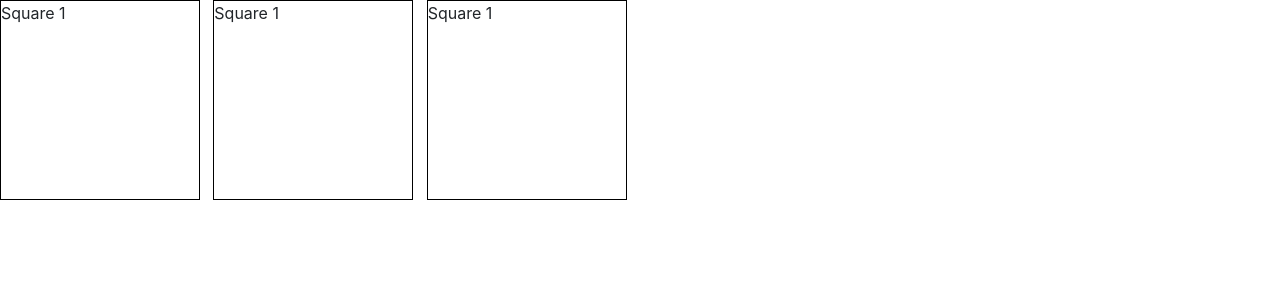
Repository: tts2610/Tic-Tac_Toe
Page: /
The author's editor kept a copy of each file at every save. The page is drawn from the files as they stood at one save, then again after the next save.
The browser window is 1280 px wide. The pictures show the whole page.
The project was rebuilt for these pictures with package versions that can differ from the ones it lists, and the page was loaded fresh each time.

Above is the page before, as saved 2020-06-02 10:54:37.

After the next save:
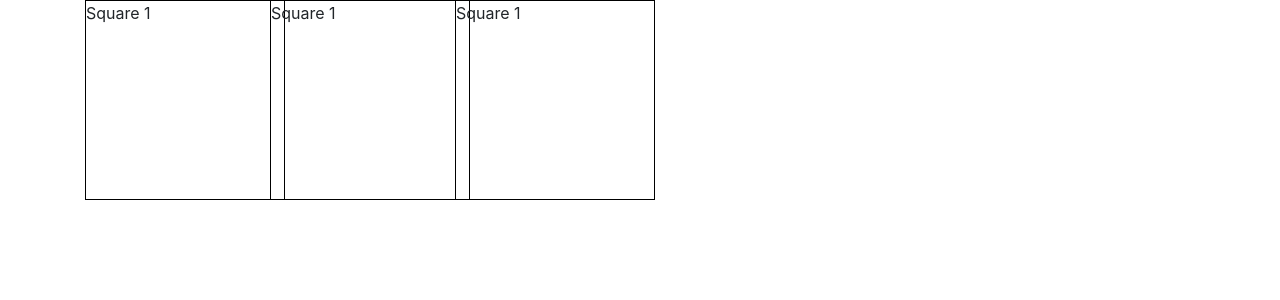
Saved 22 s later.
--- a/src/components/Board.js
+++ b/src/components/Board.js
@@ -20,17 +20,19 @@ const styles = {
 export default class Board extends Component {
   render() {
     return (
-      <Row style={styles.row}>
-        <Col sm={4} style={styles.col}>
-          <Square />
-        </Col>
-        <Col sm={4} style={styles.col}>
-          <Square />
-        </Col>
-        <Col sm={4} style={styles.col}>
-          <Square />
-        </Col>
-      </Row>
+      <Container>
+        <Row style={styles.row}>
+          <Col sm={4} style={styles.col}>
+            <Square />
+          </Col>
+          <Col sm={4} style={styles.col}>
+            <Square />
+          </Col>
+          <Col sm={4} style={styles.col}>
+            <Square />
+          </Col>
+        </Row>
+      </Container>
     );
   }
 }
